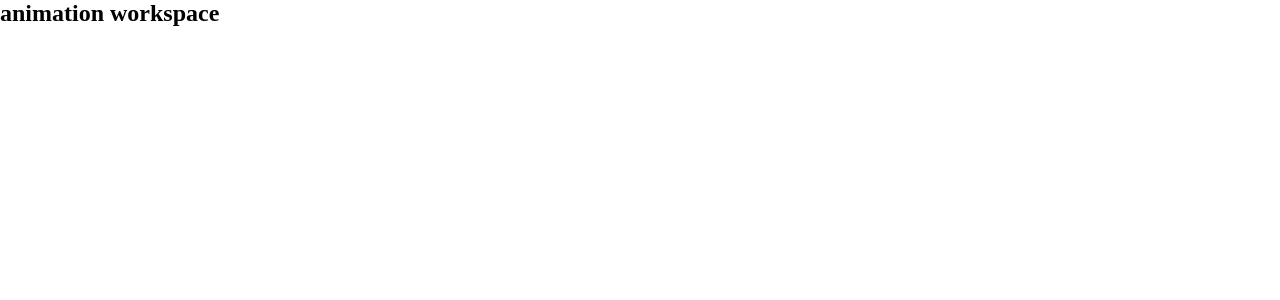
Repository: apeli23/posteranimation
Page: /
These files come from the project's save history. The page is drawn as it stood at one moment and after a run of saves; the edit follows.
The browser window is 1280 px wide. The pictures show the whole page.
The project was rebuilt for these pictures with package versions that can differ from the ones it lists, and the page was loaded fresh each time. The framework's server and built-in components were replaced by stand-ins that run in the browser. Also part of the build but not shown: next.config.js.

Above is the page before, as saved 2022-04-21 17:05:57.

After the next 3 saves:
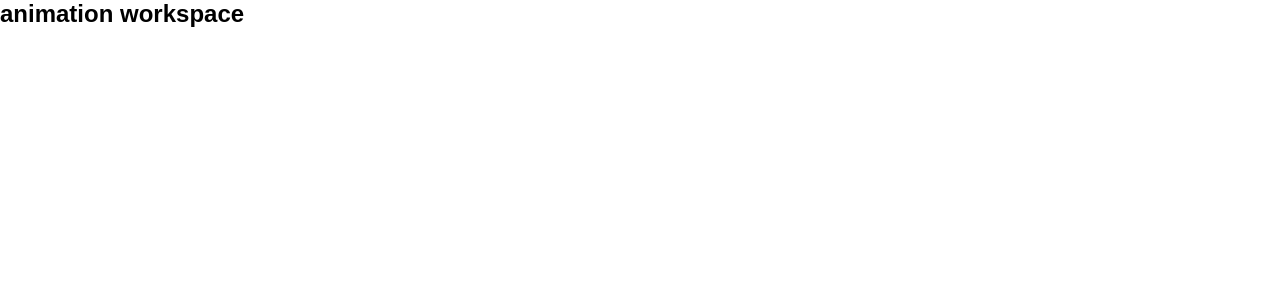
The 3 saves are shown as one change because they came seconds apart.
The last was saved 17 s later.
--- a/styles/globals.css
+++ b/styles/globals.css
@@ -2,5 +2,5 @@
   margin: 0;
   padding: 0;
   box-sizing: border-box;
-  font-family: 'Poppins';
+  font-family: 'Poppins', sans-serif;
 }
